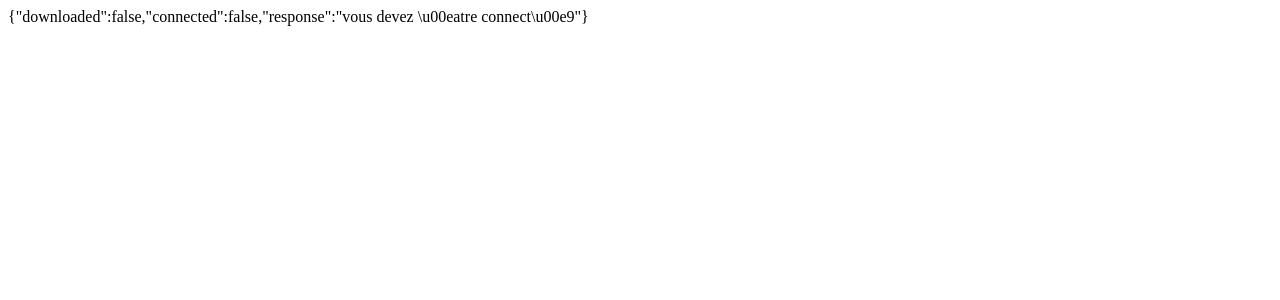
Repository: ahmed-rabah/cinemaMiniProject
Page: http://localhost/PDFgenerateur/PDFgenerator.php
These files come from the project's save history. The page is drawn as it stood at one moment and after the next save; the edit follows.
The browser window is 1280 px wide. The pictures show the whole page.
The page is run by PHP 8.4 with error messages shown; the project is at /var/www/html/.

Above is the page before, as saved 2023-01-07 12:20:48.

After the next save:
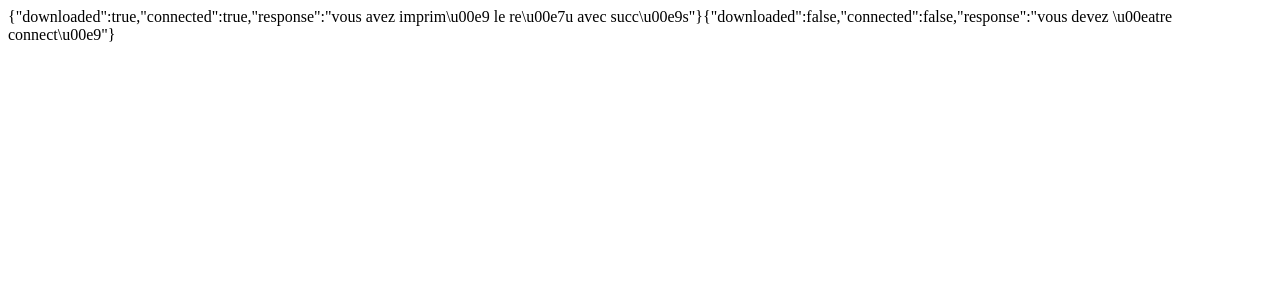
Saved 4 min 29 s later.
--- a/PDFgenerateur/PDFgenerator.php
+++ b/PDFgenerateur/PDFgenerator.php
@@ -7,6 +7,7 @@
     require '../functions/counterPDF.php';
  if($_SERVER['REQUEST_METHOD'] == 'GET'){
         session_start();
+        echo(json_encode(['downloaded'=>true,"connected"=>true,"response"=>"vous avez imprimé le reçu avec succés"]));
      if(!empty($_GET['id_produit']) && isset($_SESSION['user_id']) && empty($_SESSION['panier'])){
         $idproduit = $_GET['id_produit'];
         require_once '../functions/database.php';
@@ -56,8 +57,7 @@
                      $dompdf->stream("ticket$count _ $username.pdf");
 
                          $pdo->commit();
-                         echo "hello";
-                           exit(json_encode(['downloaded'=>true,"connected"=>true,"response"=>"vous avez imprimé le reçu avec succés"]));
+
                         }else{
                            exit(json_encode(['downloaded'=>false,"connected"=>true,"response"=>"erreur serveur!!"]));
                            $pdo->rollBack();
@@ -76,5 +76,4 @@
    }elseif(empty($_GET['id_produit'])){
    exit(json_encode(['downloaded'=>false,"connected"=>true,"response"=>"vous devez spécifier le produit à imprimer"]));
    }
-   exit(json_encode(['downloaded'=>true,"connected"=>true,"response"=>"vous avez imprimé le reçu avec succés"]));
 }

After the 3 saves that followed:
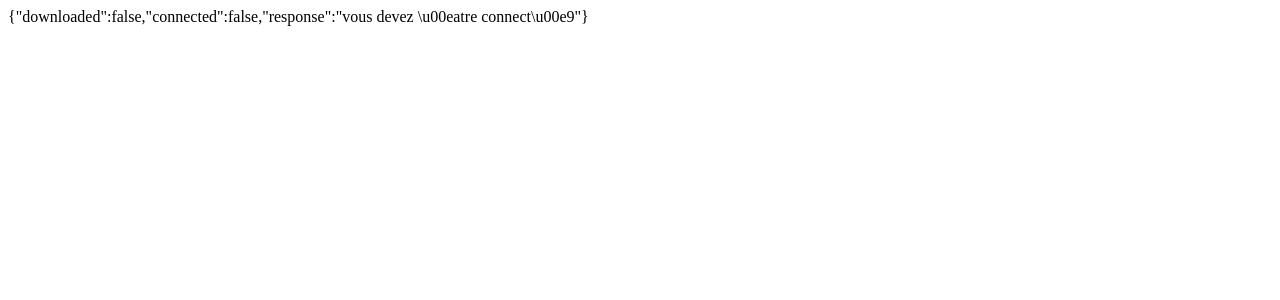
The 3 saves are shown as one change because 2 left the picture as it was.
The last was saved 113 s later.
--- a/PDFgenerateur/PDFgenerator.php
+++ b/PDFgenerateur/PDFgenerator.php
@@ -7,13 +7,12 @@
     require '../functions/counterPDF.php';
  if($_SERVER['REQUEST_METHOD'] == 'GET'){
         session_start();
-        echo(json_encode(['downloaded'=>true,"connected"=>true,"response"=>"vous avez imprimé le reçu avec succés"]));
-     if(!empty($_GET['id_produit']) && isset($_SESSION['user_id']) && empty($_SESSION['panier'])){
-        $idproduit = $_GET['id_produit'];
-        require_once '../functions/database.php';
-        try{
-             $pdo->beginTransaction();
-               $req="SELECT u.userName as username,f.photo ,f.titre ,g.libelle as genre  ,prod.nombre_places as places ,prog.date_projection ,prog.heure_debut ,prog.prix_unitaire , prog.num_salle as salle ,prod.prix ,prod.PDFprinted
+        if(!empty($_GET['id_produit']) && isset($_SESSION['user_id']) && empty($_SESSION['panier'])){
+           $idproduit = $_GET['id_produit'];
+           require_once '../functions/database.php';
+           try{
+              $pdo->beginTransaction();
+              $req="SELECT u.userName as username,f.photo ,f.titre ,g.libelle as genre  ,prod.nombre_places as places ,prog.date_projection ,prog.heure_debut ,prog.prix_unitaire , prog.num_salle as salle ,prod.prix ,prod.PDFprinted
                from produit as prod , programme as prog , film as f , user as u , genre as g
                WHERE prod.id_programme = prog.idProgramme AND prod.id_user=u.idUser AND f.idGenre=g.idGenre AND prog.idFilm = f.idFilm AND prod.id_produit=$idproduit";
                 $stmt=$pdo->query($req);
@@ -37,6 +36,7 @@
                   $query->bindParam(':productID', $idproduit);
                   $query->execute();
                   if($query->rowCount() > 0){
+                     echo json_encode(['downloaded'=>true,"connected"=>true,"response"=>"vous avez imprimé le reçu avec succés"]);
                      $options = new Options();
 
                      $options->setChroot('C:\xampp3\htdocs\cinemaMiniProject');
@@ -54,7 +54,7 @@
 
                      $dompdf->render();
 
-                     $dompdf->stream("ticket$count _ $username.pdf");
+                     $dompdf->stream("ticket$count _ $username.pdf",['attachment'=>0]);
 
                          $pdo->commit();
 
